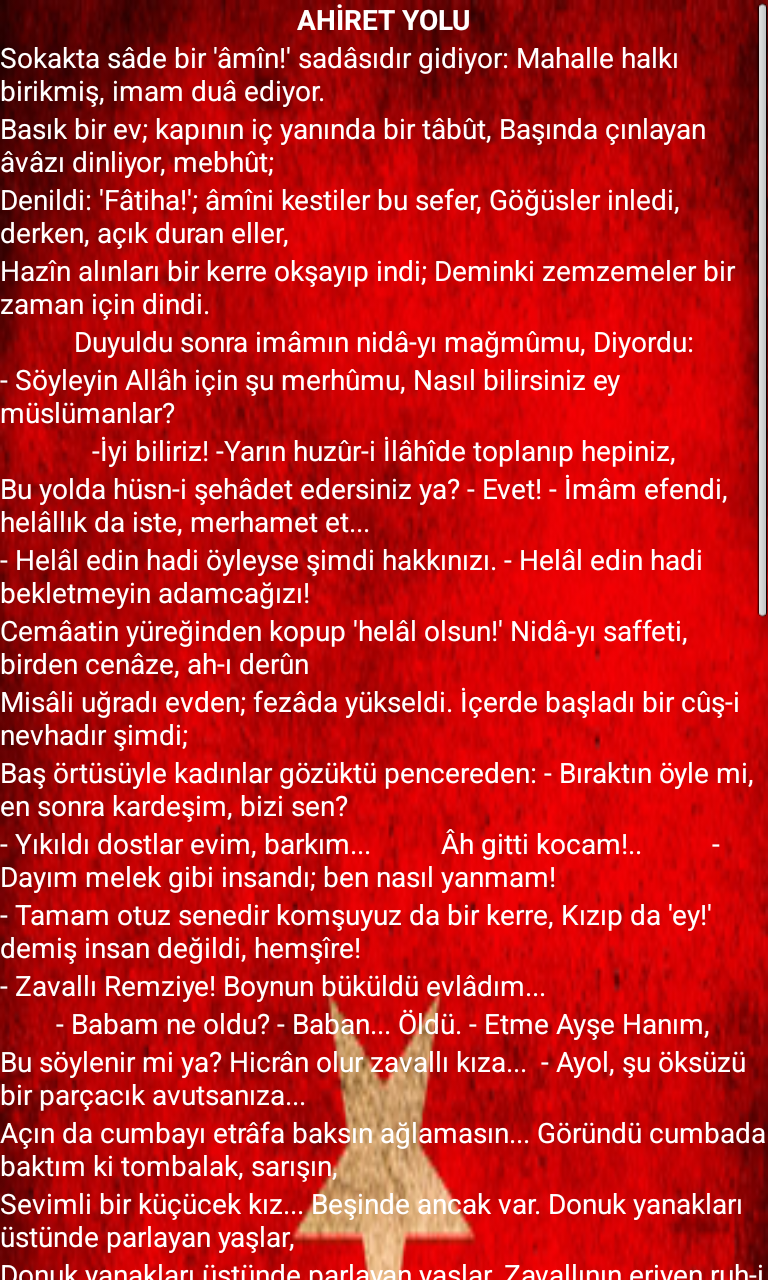
Repository: dokayazilim/Safahat-Android--Uygulamasi
Layout: safahat(android)/Safahat/res/layout/kitap29.xml
These files come from the project's save history. The layout is drawn as it stood at one moment and after the next save; the edit follows.
It is drawn on a 768 x 1280 px phone screen (xhdpi) without system bars, with theme android:Theme; the app's code is not run.

Above is the layout before, as saved 2012-09-07 14:21:45.

After the next save:
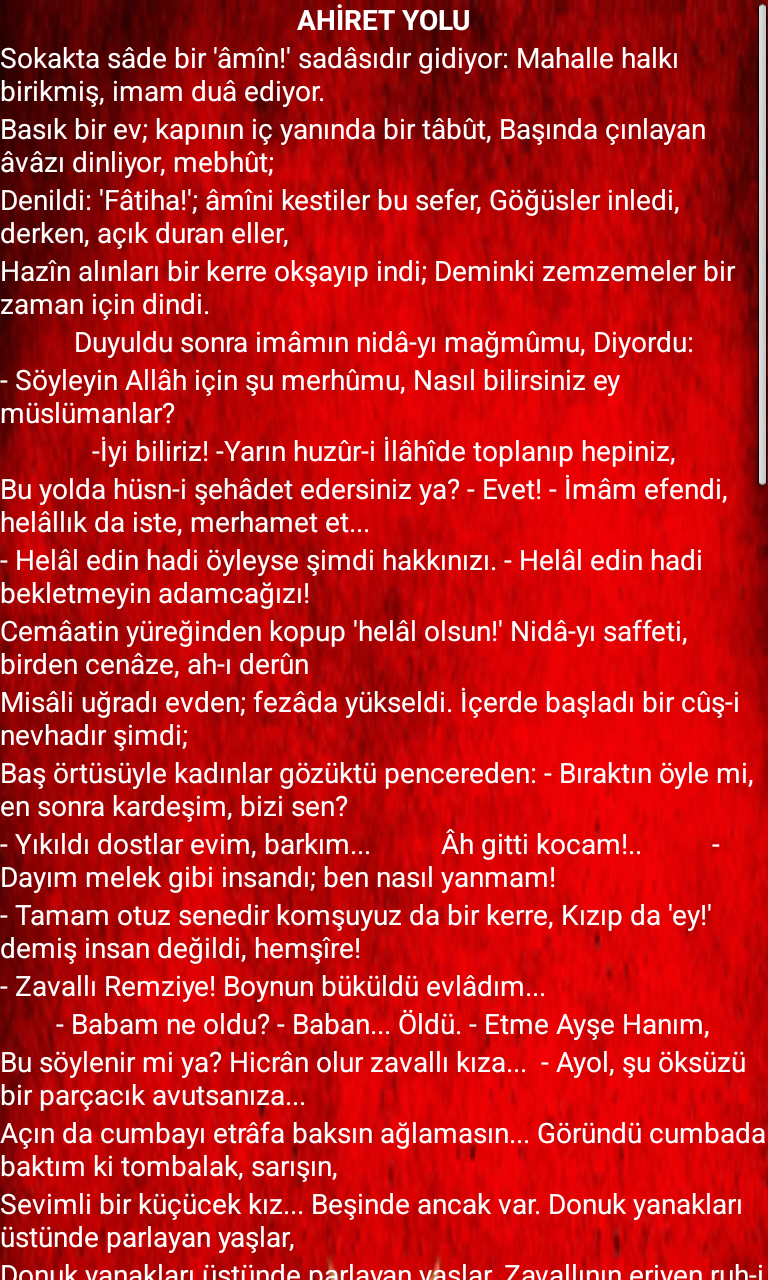
Saved 78 s later.
--- a/safahat(android)/Safahat/res/layout/kitap29.xml
+++ b/safahat(android)/Safahat/res/layout/kitap29.xml
@@ -244,6 +244,66 @@ Musallâ-: Ders-i ibrettir durur pîşinde, irfânın." android:textColor="#ffff
         android:layout_height="wrap_content"
         android:text="Bu minberden iner nâsûta en müdhiş hakîkatler,
 Bu yerden yükselir lâhûta en hâlis kanâ'atler. " android:textColor="#ffffff" android:layout_gravity="center"/>
+<TextView
+        android:id="@+id/textView39"
+        android:layout_width="wrap_content"
+        android:layout_height="wrap_content"
+        android:text="Bu minberden iner nâsûta en müdhiş hakîkatler,
+Bu yerden yükselir lâhûta en hâlis kanâ'atler. " android:textColor="#ffffff" android:layout_gravity="center"/>
+<TextView
+        android:id="@+id/textView39"
+        android:layout_width="wrap_content"
+        android:layout_height="wrap_content"
+        android:text="Bu minberden iner nâsûta en müdhiş hakîkatler,
+Bu yerden yükselir lâhûta en hâlis kanâ'atler. " android:textColor="#ffffff" android:layout_gravity="center"/>
+<TextView
+        android:id="@+id/textView39"
+        android:layout_width="wrap_content"
+        android:layout_height="wrap_content"
+        android:text="Bu minberden iner nâsûta en müdhiş hakîkatler,
+Bu yerden yükselir lâhûta en hâlis kanâ'atler. " android:textColor="#ffffff" android:layout_gravity="center"/>
+<TextView
+        android:id="@+id/textView39"
+        android:layout_width="wrap_content"
+        android:layout_height="wrap_content"
+        android:text="Bu minberden iner nâsûta en müdhiş hakîkatler,
+Bu yerden yükselir lâhûta en hâlis kanâ'atler. " android:textColor="#ffffff" android:layout_gravity="center"/>
+<TextView
+        android:id="@+id/textView39"
+        android:layout_width="wrap_content"
+        android:layout_height="wrap_content"
+        android:text="Bu minberden iner nâsûta en müdhiş hakîkatler,
+Bu yerden yükselir lâhûta en hâlis kanâ'atler. " android:textColor="#ffffff" android:layout_gravity="center"/>
+<TextView
+        android:id="@+id/textView39"
+        android:layout_width="wrap_content"
+        android:layout_height="wrap_content"
+        android:text="Bu minberden iner nâsûta en müdhiş hakîkatler,
+Bu yerden yükselir lâhûta en hâlis kanâ'atler. " android:textColor="#ffffff" android:layout_gravity="center"/>
+<TextView
+        android:id="@+id/textView39"
+        android:layout_width="wrap_content"
+        android:layout_height="wrap_content"
+        android:text="Bu minberden iner nâsûta en müdhiş hakîkatler,
+Bu yerden yükselir lâhûta en hâlis kanâ'atler. " android:textColor="#ffffff" android:layout_gravity="center"/>
+<TextView
+        android:id="@+id/textView39"
+        android:layout_width="wrap_content"
+        android:layout_height="wrap_content"
+        android:text="Bu minberden iner nâsûta en müdhiş hakîkatler,
+Bu yerden yükselir lâhûta en hâlis kanâ'atler. " android:textColor="#ffffff" android:layout_gravity="center"/>
+<TextView
+        android:id="@+id/textView39"
+        android:layout_width="wrap_content"
+        android:layout_height="wrap_content"
+        android:text="Bu minberden iner nâsûta en müdhiş hakîkatler,
+Bu yerden yükselir lâhûta en hâlis kanâ'atler. " android:textColor="#ffffff" android:layout_gravity="center"/>
+<TextView
+        android:id="@+id/textView39"
+        android:layout_width="wrap_content"
+        android:layout_height="wrap_content"
+        android:text="Bu minberden iner nâsûta en müdhiş hakîkatler,
+Bu yerden yükselir lâhûta en hâlis kanâ'atler. " android:textColor="#ffffff" android:layout_gravity="center"/>
 
 <TextView
         android:id="@+id/textView51"
